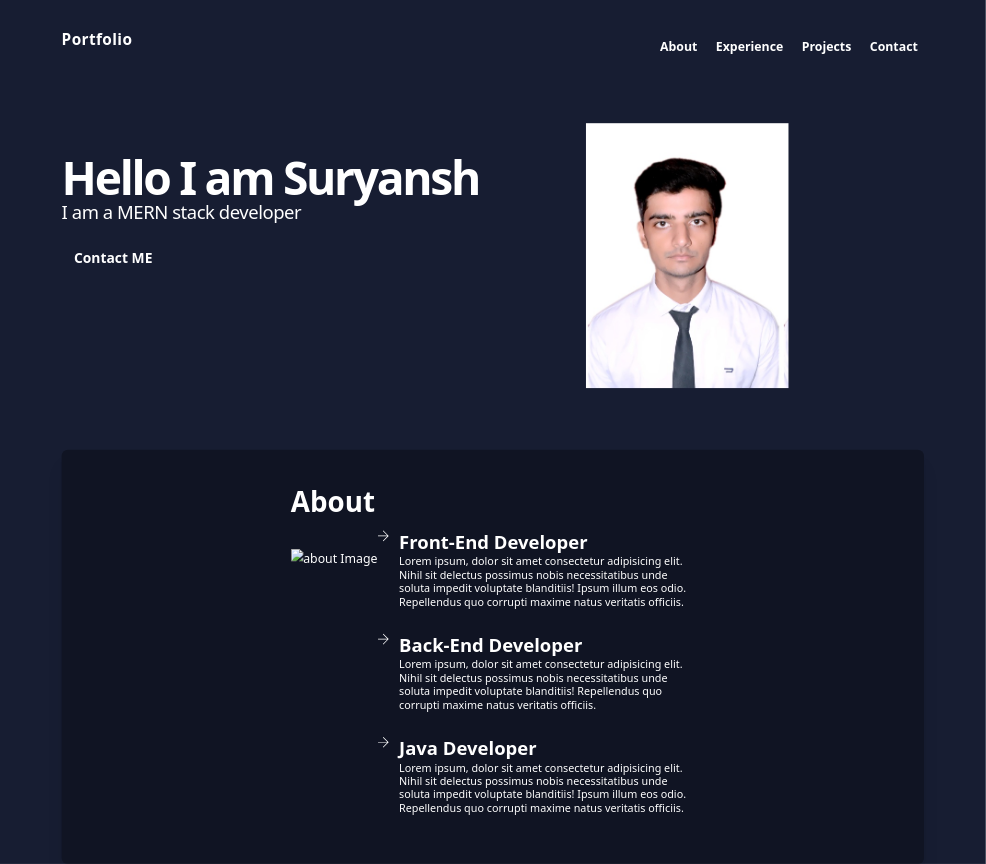
Repository: suryanshsingh99181/portfolio
Page: /
These files come from the project's save history. The page is drawn as it stood at one moment and after a run of saves; the edit follows.
The browser window is 1280 px wide. The pictures show the whole page, at 77% of full size.
The project was rebuilt for these pictures with package versions that can differ from the ones it lists, and the page was loaded fresh each time. Also part of the build but not shown: vite.config.js.

Above is the page before, as saved 2024-08-22 00:10:19.

### src/main.jsx
import { StrictMode } from "react";
import { createRoot } from "react-dom/client";
import App from "./App.jsx";
import "./index.css";
import { BrowserRouter, Router } from "react-router-dom";

createRoot(document.getElementById("root")).render(
  <StrictMode>
    <App />
  </StrictMode>
);

### src/App.jsx
import About from "./Components/about/About";
import Home from "./Components/home/Home";
import Navbar from "./Components/navbar/Navbar";
import "./index.css";

function App() {
  return (
    <div className="bg-[#171d32] h-auto w-full overflow-hidden">
      <Navbar></Navbar>
      <Home></Home>
      <About></About>
    </div>
  );
}

export default App;

### src/Components/about/About.jsx
import { InboxArrowDownIcon } from "@heroicons/react/16/solid";
import { TfiArrowRight } from "react-icons/tfi";

const About = () => {
  return (
    <div className="text-white md:flex overflow-hidden items-center md:flex-wrap md:justify-center bg-black shadow-xl mx-0 md:mx-20 bg-opacity-30 rounded-lg p-12">
      <div>
        <h2 className="text-2xl md:text-4xl font-bold">About</h2>
        <div className="md:flex flex-wrap flex-col md:flex-row items-center">
          <img className="md:h-80" src={""} alt="about Image" />
          <ul>
            <div className="flex gap-3 py-4">
              <TfiArrowRight />
              <span className="w-96">
                <h1 className="text-xl md:text-2xl font-semibold leading-normal">
                  {" "}
                  Front-End Developer
                </h1>
                <p className="text-sm md:text-md leading-tight">
                  {" "}
                  Lorem ipsum, dolor sit amet consectetur adipisicing elit.
                  Nihil sit delectus possimus nobis necessitatibus unde soluta
                  impedit voluptate blanditiis! Ipsum illum eos odio.
                  Repellendus quo corrupti maxime natus veritatis officiis.
                </p>
              </span>
            </div>
            <div className="flex gap-3 py-4">
              <TfiArrowRight />
              <span className="w-96">
                <h1 className="text-xl md:text-2xl font-semibold leading-normal">
                  {" "}
                  Back-End Developer
                </h1>
                <p className="text-sm md:text-md leading-tight">
                  {" "}
                  Lorem ipsum, dolor sit amet consectetur adipisicing elit.
                  Nihil sit delectus possimus nobis necessitatibus unde soluta
                  impedit voluptate blanditiis! Repellendus quo corrupti maxime
                  natus veritatis officiis.
                </p>
              </span>
            </div>
            <div className="flex gap-3 py-4">
              <TfiArrowRight />
              <span className="w-96">
                <h1 className="text-xl md:text-2xl font-semibold leading-normal">
                  {" "}
                  Java Developer
                </h1>
                <p className="text-sm md:text-md leading-tight">
                  {" "}
                  Lorem ipsum, dolor sit amet consectetur adipisicing elit.
                  Nihil sit delectus possimus nobis necessitatibus unde soluta
                  impedit voluptate blanditiis! Ipsum illum eos odio.
                  Repellendus quo corrupti maxime natus veritatis officiis.
                </p>
              </span>
            </div>
          </ul>
        </div>
      </div>
    </div>
  );
};

export default About;

### src/Components/home/Home.jsx
import React from "react";
import image from "../../assets/suryansh.jpg";

const Home = () => {
  return (
    <div className="text-white flex w-full justify-between items-start p-10 md:p-20">
      <div className="md:w-2/4 md:pt-10">
        <h1 className="text-3xl md:text-6xl font-bold flex leading-normal tracking-tighter ">
          Hello I am Suryansh
        </h1>
        <p className="text-sm md:text-2xl leading-tight tracking-tight">
          I am a MERN stack developer
        </p>
        <button className="mt-5 md:md-10 text-white py-2 px-3 text-sm md:text-lg md:px-4 hover:opacity-85 duration-300 hover:scale-105 font-semibold rounded-3xl bg-[#46]">
          Contact ME
        </button>
      </div>
      <div>
        <img className="w-3/5" src={image} alt="" />
      </div>
    </div>
  );
};

export default Home;

### src/Components/navbar/Navbar.jsx
import { RiCloseLine, RiMenu3Line } from "@remixicon/react";
import React, { useState } from "react";

const Navbar = () => {
  const [showMenu, setShowMenu] = useState(true);
  const [menu, openMenu] = useState(false);
  return (
    <nav className="flex flex-wrap justify-between md:items-center text-white px-10 pt-6 md:px-20">
      <span className="text-xl font-bold tracking-wide">Portfolio</span>
      <ul
        className={`mx-24  py-2 mt-4 font-semibold md:-5 bg-black px-2 rounded-xl bg-opacity-30 md:border-none text-center md:bg-transparent md:static md:mx-0 md:flex gap-6 ${
          menu ? "block" : "hidden"
        }`}
      >
        <a href="#About">
          <li className="text-md transition-all duration-300 p-1 md:p-0">
            About
          </li>
        </a>
        <a href="#Experience">
          <li className="text-md transition-all duration-300 p-1 md:p-0">
            Experience
          </li>
        </a>
        <a href="#Projects">
          <li className="text-md transition-all duration-300 p-1 md:p-0">
            Projects
          </li>
        </a>
        <a href="#Contact">
          <li className="text-md transition-all duration-300 p-1 md:p-0">
            Contact
          </li>
        </a>
      </ul>
      {showMenu ? (
        <RiMenu3Line
          size={30}
          className="md:hidden absolute right-10 top-6 transition-all duration-300"
          onClick={() => {
            openMenu(!menu);
            setShowMenu(!showMenu);
          }}
        />
      ) : (
        <RiCloseLine
          size={30}
          className="md:hidden absolute right-10 top-6 transition-all duration-300"
          onClick={() => {
            openMenu(!menu);
            setShowMenu(!showMenu);
          }}
        />
      )}
    </nav>
  );
};

export default Navbar;

### src/Components/experience/Experience.jsx
import { FaFigma, FaGoogle, FaHtml5, FaJs, FaReact } from "react-icons/fa";
import { SiMongodb, SiRadixui } from "react-icons/si";

const Experience = () => {
  return (
    <div id="Experience" className="p-10 md:p-24">
      <h1 className="text-2xl md:text-4xl text-white font-bold">Experience</h1>
      <div className="flex flex-wrap items-center justify-around">
        <div className="flex flex-wrap md:w-2/5 gap-8 md:p-12 py-10">
          <span className="p-3 bg-zinc-950 flex items-center rounded-2xl ">
            <FaHtml5 />
          </span>
          <span className="p-3 bg-zinc-950 flex items-center rounded-2xl ">
            <FaCss3 />
          </span>
          <span className="p-3 bg-zinc-950 flex items-center rounded-2xl ">
            <FaReact />
          </span>
          <span className="p-3 bg-zinc-950 flex items-center rounded-2xl ">
            <FaJs />
          </span>
          <span className="p-3 bg-zinc-950 flex items-center rounded-2xl ">
            <FaFigma />
          </span>
          <span className="p-3 bg-zinc-950 flex items-center rounded-2xl ">
            <SiMongodb />
          </span>
          <span className="p-3 bg-zinc-950 flex items-center rounded-2xl ">
            <SiRadixui />
          </span>
        </div>
        <div className="flex gap-10 bg-slate-950 bg-opacity-45 mt-4 rounded-lg p-4 items-center">
          <FaGoogle />
          <span className="text-white">
            <h2 className=" leading-tight ">Software Engineer To google</h2>
            <p className="text-sm leading-tight font-thin">Sept 2022-present</p>
            <ul className="text-sm p-2">
              <li>Worked as Software developer</li>
              <li>Senior Developer</li>
            </ul>
          </span>
        </div>
      </div>
    </div>
  );
};

export default Experience;

Loaded but not shown: index.html (common file); src/index.css (common file); tailwind.config.js (common file)

After the next 2 saves:
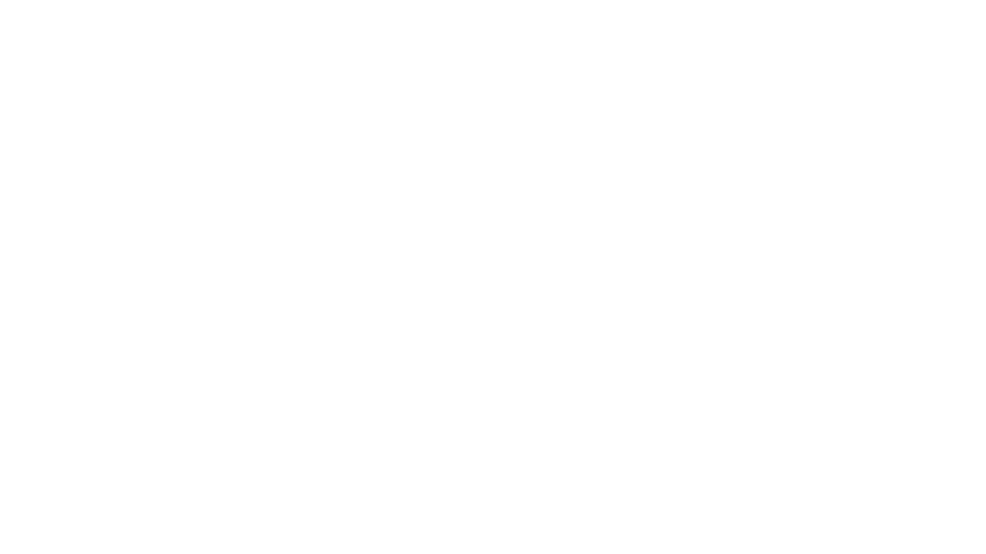
Console error: ReferenceError: FaCss3 is not defined
The 2 saves are shown as one change because 1 did not build or start.
The last was saved 11 min 50 s later.
--- a/src/App.jsx
+++ b/src/App.jsx
@@ -1,4 +1,5 @@
 import About from "./Components/about/About";
+import Experience from "./Components/experience/Experience";
 import Home from "./Components/home/Home";
 import Navbar from "./Components/navbar/Navbar";
 import "./index.css";
@@ -9,6 +10,7 @@
       <Navbar></Navbar>
       <Home></Home>
       <About></About>
+      <Experience></Experience>
     </div>
   );
 }

After the save that followed:
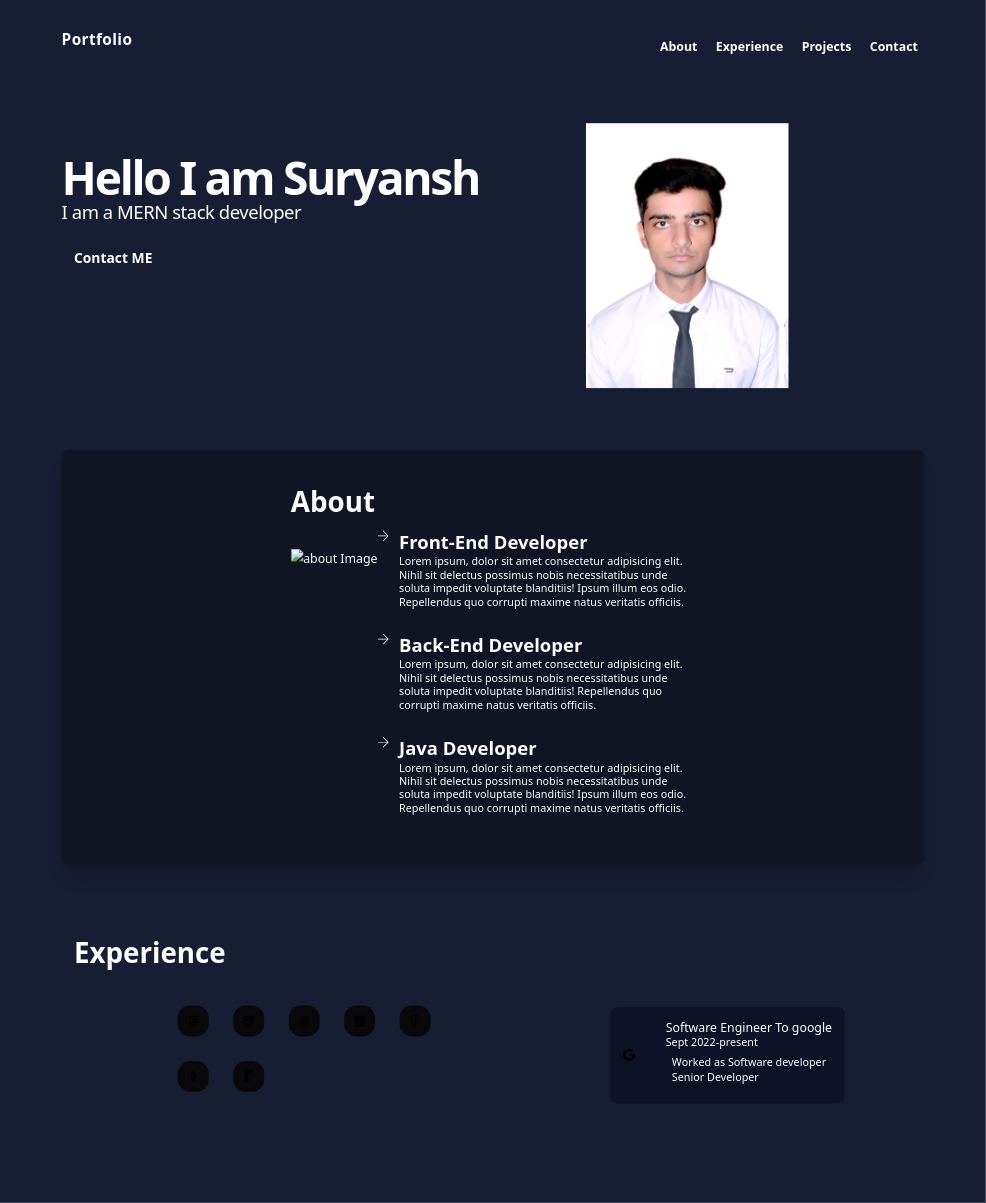
The error is gone.
Saved 28 s later.
--- a/src/Components/experience/Experience.jsx
+++ b/src/Components/experience/Experience.jsx
@@ -1,4 +1,11 @@
-import { FaFigma, FaGoogle, FaHtml5, FaJs, FaReact } from "react-icons/fa";
+import {
+  FaCss3,
+  FaFigma,
+  FaGoogle,
+  FaHtml5,
+  FaJs,
+  FaReact,
+} from "react-icons/fa";
 import { SiMongodb, SiRadixui } from "react-icons/si";
 
 const Experience = () => {
